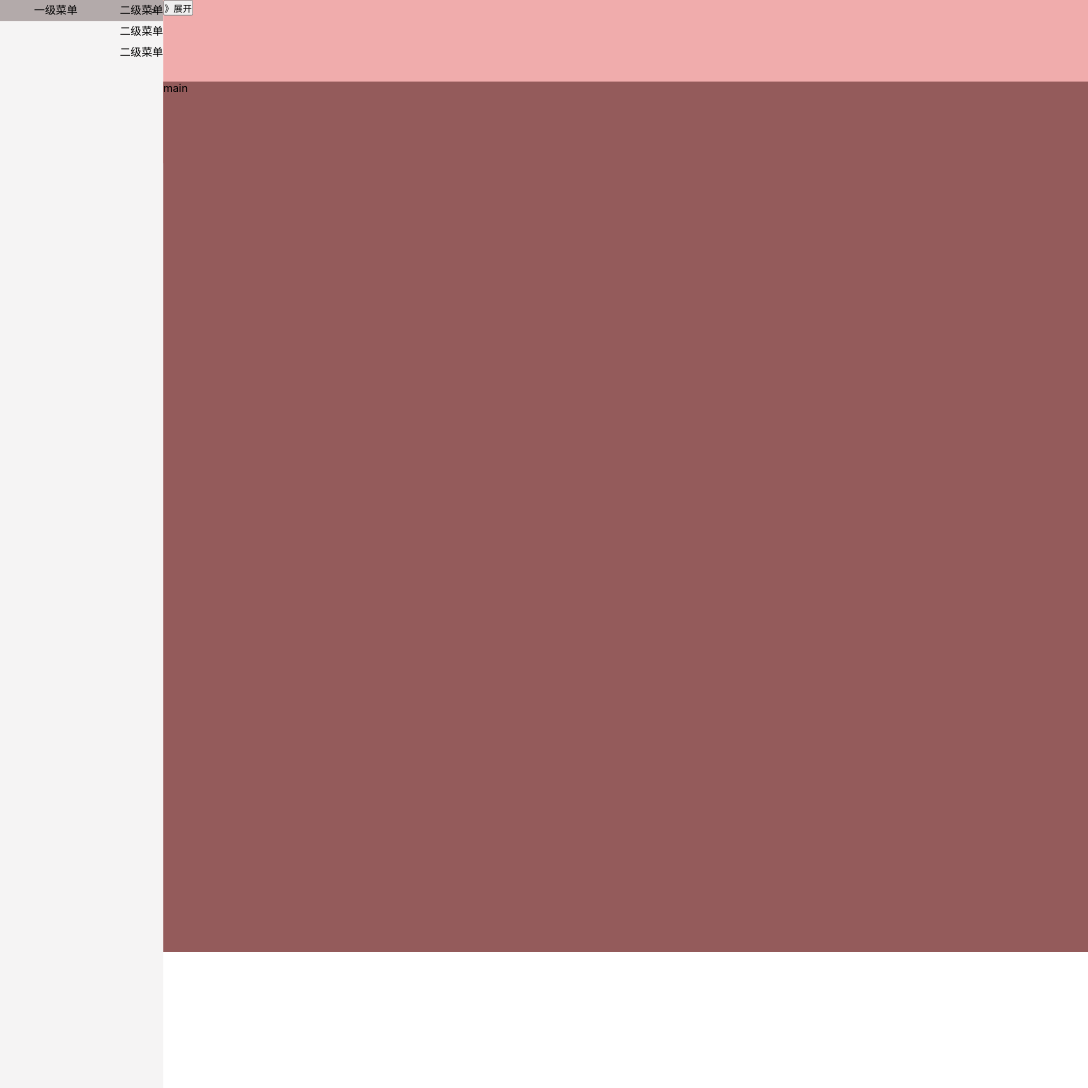
Repository: quinnlao/react_admin
Page: /
The author's editor kept a copy of each file at every save. The page is drawn from the files as they stood at one save, then again after the next save.
The browser window is 1280 px wide. The page is 1600 px wide, so the pictures cover 1600 px, including what lies to the right of the window. The pictures show the whole page, at 68% of full size.
The project was rebuilt for these pictures with package versions that can differ from the ones it lists, and the page was loaded fresh each time.

Above is the page before, as saved 2022-06-10 17:49:18.

After the next save:
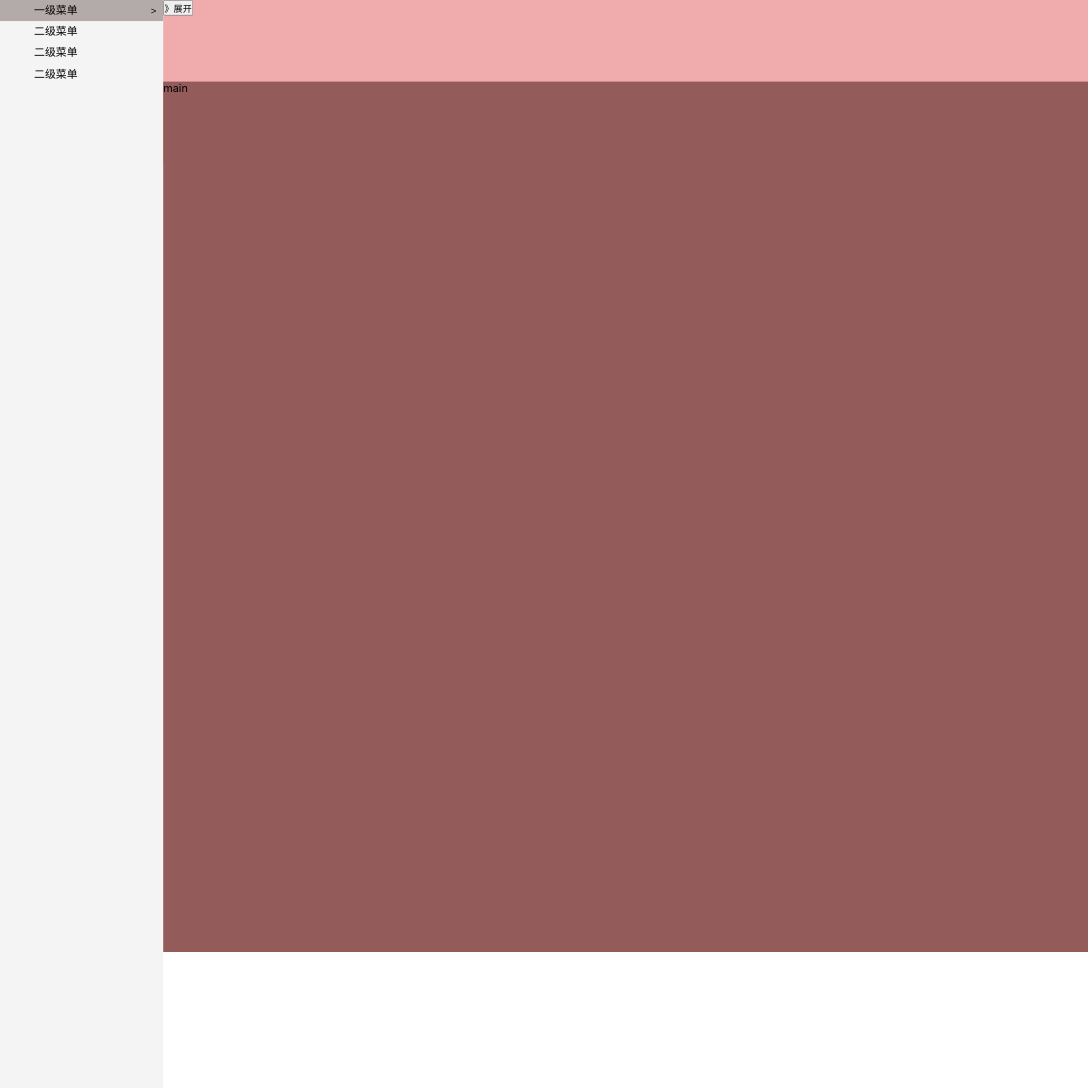
Saved 30 s later.
--- a/src/aside/aside.less
+++ b/src/aside/aside.less
@@ -11,7 +11,6 @@
         line-height: 31px;
         padding-left: 50px;
         .childMenu{
-            float: right;
             li{
                 display: none;
 
